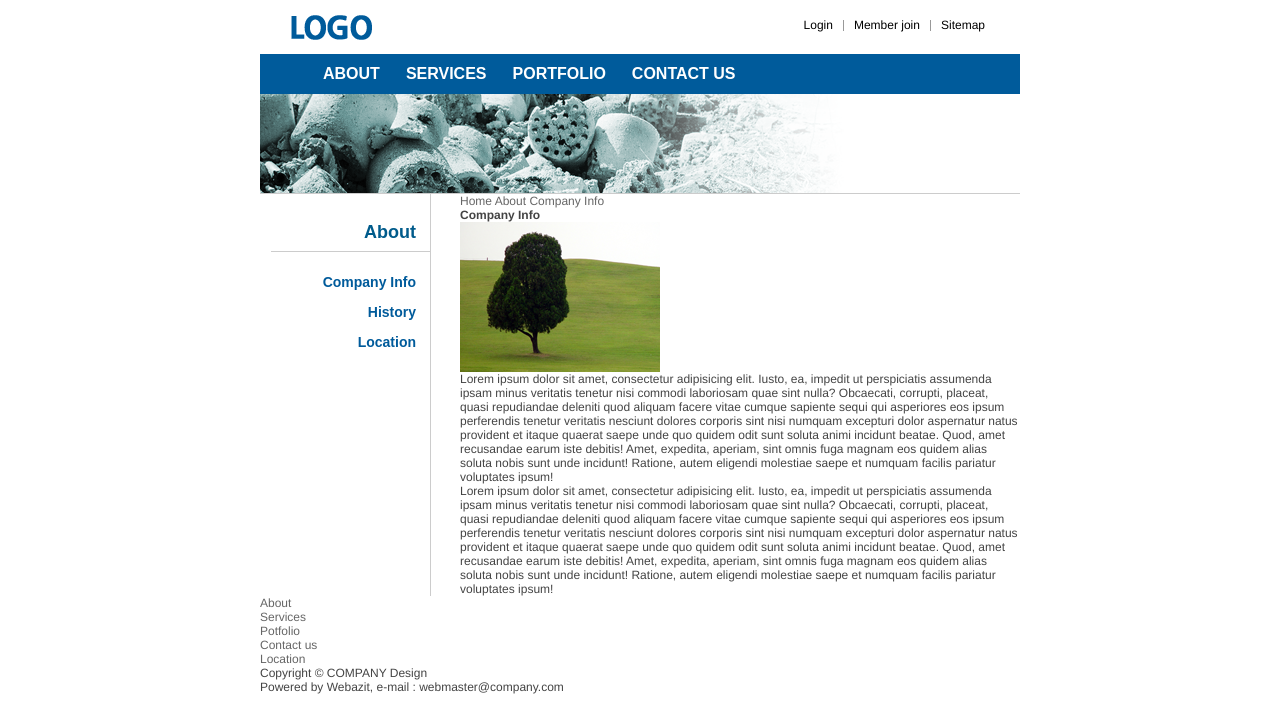
Repository: ssummini/Web
Page: CSS/src/main/webapp/10_webPage/index.html
The author's editor kept a copy of each file at every save. The page is drawn from the files as they stood at one save, then again after the next save.
The browser window is 1280 px wide. The pictures show the whole page.
Some web fonts or font styles are not loaded; a fallback is used.

Above is the page before, as saved 2024-08-16 07:39:26.

### CSS/src/main/webapp/10_webPage/index.html
<!DOCTYPE html>
<html>
<head>
<meta charset="UTF-8">
<title>Insert title here</title>
<link rel="stylesheet" href="./main.css">
</head>
<body>
<dl class="skip">
	<dt class="blind">skip navigation</dt>
	<dd><a href="#content">skip to content</a></dd>
</dl><!-- skip -->
<hr/>

<div id="wrap">
	<div id="header">
		<h1 class="logo"><a href="#">LOGO</a></h1>

		<dl class="topnav">
			<dt class="blind">top navigation</dt>
			<dd><a href="#">Login</a></dd>
			<dd><a href="#">Member join</a></dd>
			<dd><a href="#">Sitemap</a></dd>
		</dl>

		<h2 class="blind">main navigation</h2>
		<ul class="mainnav">
			<li><a href="#">About</a></li>
			<li><a href="#">Services</a></li>
			<li><a href="#">Portfolio</a></li>
			<li><a href="#">Contact us</a></li>
		</ul>
	</div><!-- header -->
	<hr/>

	<div id="container">
		<div class="snb">
			<h2>About</h2>
			<ul>
				<li><a href="#">Company Info</a></li>
				<li><a href="#">History</a></li>
				<li><a href="#">Location</a></li>
			</ul>
		</div><!-- snb -->
		<hr/>

		<div id="content">
			<p class="locate">
				<a href="#">Home</a>
				<a href="#">About</a>
				<a href="#">Company Info</a>
			</p>

			<h2>Company Info</h2>

			<p>
				<img src="../image/treethum.png" alt="tree thumnail photo">
			</p>

			<p>Lorem ipsum dolor sit amet, consectetur adipisicing elit. Iusto, ea, impedit ut
            perspiciatis assumenda ipsam minus veritatis tenetur nisi commodi laboriosam
            quae sint nulla? Obcaecati, corrupti, placeat, quasi repudiandae deleniti quod
            aliquam facere vitae cumque sapiente sequi qui asperiores eos ipsum perferendis
            tenetur veritatis nesciunt dolores corporis sint nisi numquam excepturi dolor
            aspernatur natus provident et itaque quaerat saepe unde quo quidem odit sunt
            soluta animi incidunt beatae. Quod, amet recusandae earum iste debitis! Amet,
            expedita, aperiam, sint omnis fuga magnam eos quidem alias soluta nobis sunt
            unde incidunt! Ratione, autem eligendi molestiae saepe et numquam facilis
            pariatur voluptates ipsum!</p>
			<p>Lorem ipsum dolor sit amet, consectetur adipisicing elit. Iusto, ea, impedit ut
            perspiciatis assumenda ipsam minus veritatis tenetur nisi commodi laboriosam
            quae sint nulla? Obcaecati, corrupti, placeat, quasi repudiandae deleniti quod
            aliquam facere vitae cumque sapiente sequi qui asperiores eos ipsum perferendis
            tenetur veritatis nesciunt dolores corporis sint nisi numquam excepturi dolor
            aspernatur natus provident et itaque quaerat saepe unde quo quidem odit sunt
            soluta animi incidunt beatae. Quod, amet recusandae earum iste debitis! Amet,
            expedita, aperiam, sint omnis fuga magnam eos quidem alias soluta nobis sunt
            unde incidunt! Ratione, autem eligendi molestiae saepe et numquam facilis
            pariatur voluptates ipsum!</p>
		</div><!-- content -->
	</div><!-- container -->
	<hr/>

	<div id="footer">
		<dl class="btmnav">
			<dt class="blind">bottom navigation</dt>
				<dd><a href="#">About</a></dd>
				<dd><a href="#">Services</a></dd>
				<dd><a href="#">Potfolio</a></dd>
				<dd><a href="#">Contact us</a></dd>
				<dd><a href="#">Location</a></dd>
		</dl>

    	<p class="copy">
			Copyright &copy; COMPANY Design<br>
			Powered by Webazit, e-mail : webmaster@company.com
		</p>
	</div><!-- footer -->
</div><!--  wrap -->
</body>
</html>
<!--
Skip Navigation
Skip Navigation 사용하는 가장 큰 이유는 사용자 편의 및 웹 접근성이다.

웹 접근성이라고 하면 우리나라에서는 장애인에 대한 편의를 제공하는 것이다.

본문으로 이동하기 위해서는 대 메뉴와 좌측 메뉴 등과 같이 반복적으로 제공되는 링크를 모두 거쳐야만 한다. 즉, Tab키/방향키을 반복적으로 눌러야하는 불필요한 행동을 해야하는 것이다. 이는 웹 접근성을 저해하는 주요인이 된다. 그래서 사용자 특히 장애인이 반복적인 링크들로 인해 불편해 하지 않고, 원하는 영역 즉 ‘본문’으로 바로 이동할 수 있는 건너뛰기 링크를 반드시 제공해야 한다.

하지만 더 큰 범위에서는 정상적으로 쓸 수 없는 상황에 대해서도 편의를 제공하는 것이다.

가령 내가 마우스가 고장났다면?
또는 키보드를 못쓴다면?

여기서 Skip Navigation는 키보드만으로 접근을 하는 사용자를 위한 편의를 제공하는 경우도 있다
마우스로 우리가 보고자 하는 본문 내용 쪽으로 포커스를 움직인다면 편리하겠지만,
키보드만으로 쓰는 경우는 본문으로 가기까지 거쳐야 하는 메뉴들이 많다.
그래서 HTML 가장 상단에 Skip Navigation를 만들어 놓는다.

Skip Navigation는 <body>다음으로 나오는 것이 가장 적절하다

[본문 바로가기]  [메뉴 바로가기]  [하단정보 바로가기]
등의 Skip Navigation가 가장 많다.

HTML
<div class="skipnav">
<ul>
    <li><a href="본문 아이디값">본문으로 이동</a></li>
    <li><a href="하단정보 아이디값">하단정보 바로가기</a></li>
</ul>
</div>

CSS
.skipnav a {display:none}
.skipnav a:focus,
.skipnav a:active {display:block;}

css 는 만들기 나름이다. js나 css3를 써서 움직임을 줄 수도 있고,
position을 이용하여 display:none이 아닌 화면에서 보이지 않게 한 후 포커스가 가면 나오게 할 수도 있다.
 -->

### CSS/src/main/webapp/10_webPage/main.css
@charset "UTF-8";

@import url("./reset.css");

/* '나눔고딕체'이고, 웹 폰트를 활용 */
@import url("http://fonts.googleapis.com/earlyaccess/nanumgothic.css");

hr {
	display: none;
}

.blind {
	display: none;
	overflow: hidden;
	position: absolute;
	left: 0;
	top: -1000em;
}

/* skip css */
.skip a {
	display: block;
	overflow: hidden;
	position: absolute;
	left: 0;
	top: -1000em;
	z-index: 9999;
	width: 100%;
	background-color: navy;
	color: white;
	font: bold 1.3em Tahoma, sans-serif;
	text-decoration: none;
	text-align: center;
}

.skip a:hover, .skip a:active, .skip a:focus {
	top: 0;
	padding: 0.5em 0;
}

/* 가로 너비 지정 및 가운데 정렬 */
#wrap {
	width: 760px;
	margin: 0 auto;
}

/* header 시작 */
/* 어떤 영역에 'position: absolute'를 지정할 경우에는,
   그 영역을 감싸는 부분에 반드시 'position: relative'를 지정한다.
   그 상위 영역이 'absolute' 위치의 기준이 된다.*/

#header {
	position: relative;
	padding-bottom: 99px;
	border-bottom: 1px solid #cccccc;
	background: url("../image/bg_header.png") no-repeat 50% 100%;
}

.logo {
	padding: 12px 0 12px 26px;
}

.logo a {
	display: block;
	overflow: hidden;
	width: 90px;
	height: 30px;
	background: url("../image/logo.png") no-repeat;
	text-indent: -9999em; /* 들여쓰기, 양수이면 들여쓰기, 음수이면 내어쓰기가 된다. */
}
.topnav {
	position: absolute;
	right: 35px;
	top: 18px;
}

.topnav dd {
	float: left;
	padding-right: 11px;
	margin-right: 10px;
	background: url("../image/bg_topnav.png") no-repeat 100% 50%;

}

.topnav dd:last-child {
	padding-right: 0;
	margin-right: 0;
	background: none;
}

.topnav dd a {
	color: black;
	font-size: 9pt;
}

.mainnav {
	padding-left: 50px;
	background-color: #005B9B;
}

.mainnav:after {
	content: '';
	display: block;
	clear: both;
}

.mainnav li {
	float: left;
}

.mainnav li a {
	display: block;
	padding: 0 13px;
	background-color: #005B9B;
	color: #ffffff;
	font: bold 16px/40px 'Nanum Gothic', sans-serif;
	text-transform: uppercase;
	text-decoration: none;
}

.mainnav li a:hover {
	color: #660000;
	background-color: #ffcc00;
}
/* header 끝 */

/*
[형식]
font : 폰트두께 폰트크기/line-height 서체
*/
/* container 시작 */
#container {
	background: url("../image/bg_snb.png") repeat-y 170px 0;
}

#container:after {
	content: '';
	display: block;
	clear: both;
}

/* snb 시작 */
.snb {
	float: left;
	width: 170px;
}

.snb h2 {
	padding: 28px 14px 8px 0;
	margin-left: 11px;
	margin-bottom: 15px;
	border-bottom: 1px solid #cccccc;
	color: #005B8B;
	font-family: 'Nanum Gothic', sans-serif;
	font-size: 18px;
	font-weight: bold;
	text-align: right;
}

.snb ul {
	margin-left: 11px;
}

.snb ul a {
	display: block;
	padding-right: 14px;
	color: #005B9B;
	font-family: 'Nanum Gothic', sans-serif;
	font-size: 14px;
	font-weight: bold;
	text-align: right;
	text-decoration: none;
	line-height: 30px;
}

.snb ul a:hover{
	color: #660000;
	text-decoration: underline;
}
/* snb 끝 */

/* content 시작 */
#content {
	float: right;
	width: 560px;
}

/* content 끝 */

/* container 끝 */

### CSS/src/main/webapp/10_webPage/reset.css
@charset "UTF-8";

/* reset css */
html, body {
   width: 100%;
   height: 100%;
}
html {
   overflow-y: scroll;
}
body, div, dl,dt,dd,ul,ol,li, h1,h2,h3,h4,h5,h6, form, fieldset, p, button {
   margin: 0;
   padding: 0;
}
body, h1,h2,h3,h4, input, textarea, button, select, option {
   font-family: '돋움', dotum, Helvetica, sans-serif;
   font-size: 12px;
   color: #444;
}
img, fieldset {
   border: 0;
}
li {
   list-style: none;
}
input, select, button {
   vertical-align: middle;
}
img {
   vertical-align: top;
}
em, address {
   font-style: normal;
}
a {
   color: #666;
   text-decoration: none;
}
a:hover, a:focus {
   color: #222;
   text-decoration: underline;
}
table {
   border-collapse: collapse; /* 이중테두리 없애기  */
}

After the next save:
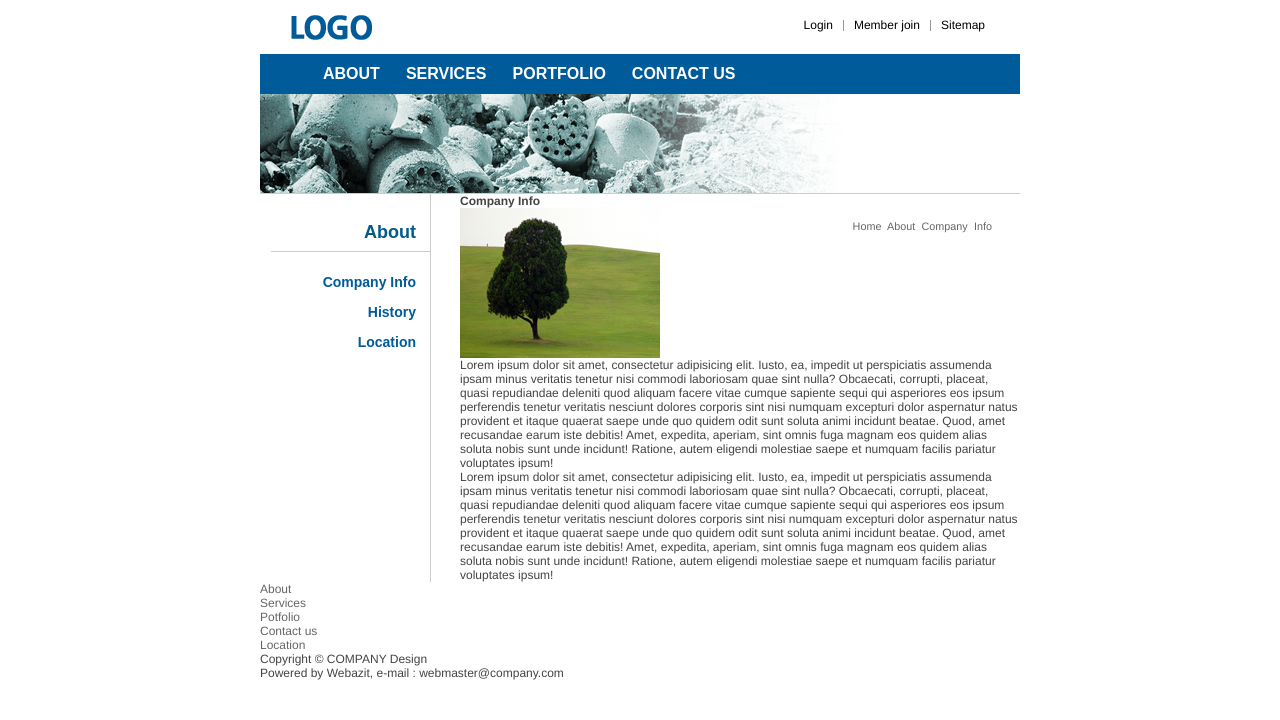
Saved 2 min 15 s later.
--- a/CSS/src/main/webapp/10_webPage/main.css
+++ b/CSS/src/main/webapp/10_webPage/main.css
@@ -181,10 +181,19 @@
 
 /* content 시작 */
 #content {
+	position: relative;
 	float: right;
 	width: 560px;
 }
 
+.locate {
+	position: absolute;
+	right: 28px;
+	top: 26px;
+	color: #ccc;
+	font-size: 0.9em;
+	word-spacing: 0.3em;
+}
 /* content 끝 */
 
 /* container 끝 */
